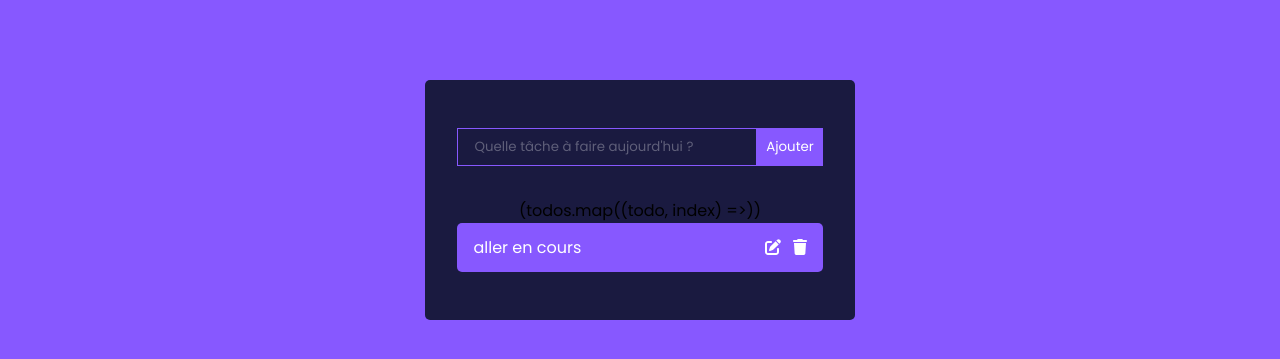
Repository: Loetitia27006/todo_list
Page: /
These files come from the project's save history. The page is drawn as it stood at one moment and after the next save; the edit follows.
The browser window is 1280 px wide. The pictures show the whole page.
The project was rebuilt for these pictures with package versions that can differ from the ones it lists, and the page was loaded fresh each time.

Above is the page before, as saved 2023-08-17 18:34:02.

### public/index.html
<!DOCTYPE html>
<html lang="en">
  <head>
    <meta charset="utf-8" />
    <link rel="icon" href="%PUBLIC_URL%/logo-black.svg" />
    <meta name="viewport" content="width=device-width, initial-scale=1" />
    <meta name="theme-color" content="#000000" />
    <meta
      name="description"
      content="Web site created using create-react-app"
    />
    <link rel="apple-touch-icon" href="%PUBLIC_URL%/logo-black.svg" />
    <!--
      manifest.json provides metadata used when your web app is installed on a
      user's mobile device or desktop. See https://developers.google.com/web/fundamentals/web-app-manifest/
    -->
    <link rel="manifest" href="%PUBLIC_URL%/manifest.json" />
    <!--
      Notice the use of %PUBLIC_URL% in the tags above.
      It will be replaced with the URL of the `public` folder during the build.
      Only files inside the `public` folder can be referenced from the HTML.

      Unlike "/favicon.ico" or "favicon.ico", "%PUBLIC_URL%/favicon.ico" will
      work correctly both with client-side routing and a non-root public URL.
      Learn how to configure a non-root public URL by running `npm run build`.
    -->
    <title>Todo List</title>
  </head>
  <body>
    <noscript>You need to enable JavaScript to run this app.</noscript>
    <div id="root"></div>
    <!--
      This HTML file is a template.
      If you open it directly in the browser, you will see an empty page.

      You can add webfonts, meta tags, or analytics to this file.
      The build step will place the bundled scripts into the <body> tag.

      To begin the development, run `npm start` or `yarn start`.
      To create a production bundle, use `npm run build` or `yarn build`.
    -->
  </body>
</html>

### src/App.css
@import url('https://fonts.googleapis.com/css2?family=Poppins&display=swap');

* {
  font-family: 'Poppins', sans-serif;
  margin: 0;
  padding: 0;
  box-sizing: border-box;
}

body {
  background: #8758ff;
  display: flex;
  justify-content: center;
  align-items: center;
}

.App {
  text-align: center;
}

h1 {
  color: #fff;
  margin-bottom: 0.5rem;
  font-size: 1.75rem;
}

.TodoWrapper {
  background: #1A1A40;
  margin-top: 5rem;
  padding: 2rem;
  border-radius: 5px;
}

.TodoForm {
  width: 100%;
}

.todo-input {
  outline: none;
  background: none;
  border: 1px solid #8758ff;
  padding: 0.5rem 1rem;
  margin-top: 1rem;
  margin-bottom: 2rem;
  width: 300px;
  color: #fff;
}

.todo-input::placeholder {
  color: #ffffff4d;
}

.todo-btn {
  background: #8758ff;
  color: #fff;
  border: none;
  padding: 0.55rem;
  cursor: pointer;

}

.Todo {
  display: flex;
  justify-content: space-between;
  align-items: center;
  background: #8758ff;
  color: #fff;
  padding: 0.75rem 1rem;
  border-radius: 5px;
  margin-bottom: 1rem;
  cursor: pointer;
}

.fa-trash {
  margin-left: 0.75rem;
}

.completed {
  color: #c5aeff;
  text-decoration: line-through;
}

### src/components/TodoWrapper.js
import React, {useState} from 'react'
import { TodoForm } from './TodoForm'
import { v4 as uuidv4 } from 'uuid'
import { Todo } from './Todo'
uuidv4()

export const TodoWrapper = () => {

    const [todos, setTodos] = useState([])

    const addTodo = todo =>{
        setTodos([...todos, {id: uuidv4(), task: todo,
        completed: false, isEditing: false}])
        console.log(todos)
    }

  return (
    <div className='TodoWrapper'>
        <TodoForm addTodo={addTodo}/>
        (todos.map((todo, index) =>))
        <Todo />
    </div>
  )
}

### src/components/TodoForm.js
import React, {useState} from 'react'

export const TodoForm = ({addTodo}) => {

    const [value, setValue] = useState("")
    const handleSubmit = e => {
        e.preventDefault()
        addTodo(value)
        setValue("")
    }

  return (
    <form className='Todoform' onSubmit={handleSubmit}>
        <input type="text" className='todo-input' value={value} placeholder="Quelle tâche à faire aujourd'hui ?"
        onChange={(e)=>setValue(e.target.value)}/>
        <button type='submit' className='todo-btn'>Ajouter</button>
    </form>
  )
}

### src/components/Todo.js
import React from 'react'
import { FontAwesomeIcon } from "@fortawesome/react-fontawesome";
import { faPenToSquare } from "@fortawesome/free-solid-svg-icons";
import { faTrash } from "@fortawesome/free-solid-svg-icons";

export const Todo = () => {
  return (
    <div className='Todo'>
      <p>aller en cours</p>
      <div>
        <FontAwesomeIcon icon={faPenToSquare} />
        <FontAwesomeIcon icon={faTrash} />
      </div>
    </div>
  )
}

Loaded but not shown: src/index.js (common file); src/App.js (common file); src/reportWebVitals.js (common file)

After the next save:
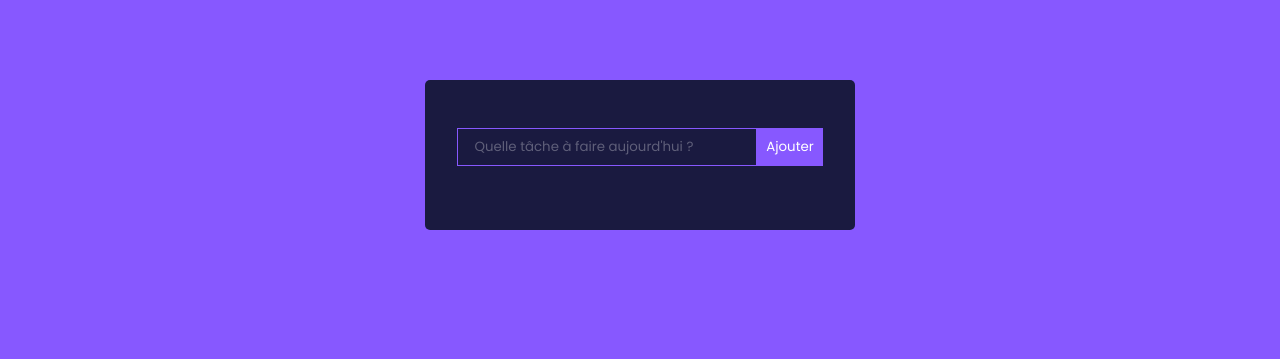
Saved 21 h 22 min later.
--- a/src/components/TodoWrapper.js
+++ b/src/components/TodoWrapper.js
@@ -15,10 +15,11 @@ export const TodoWrapper = () => {
     }
 
   return (
-    <div className='TodoWrapper'>
-        <TodoForm addTodo={addTodo}/>
-        (todos.map((todo, index) =>))
-        <Todo />
+    <div className="TodoWrapper">
+      <TodoForm addTodo={addTodo} />
+      {todos.map((todo, index) => (
+        <Todo task={todo}/>
+      ))}
     </div>
-  )
+  );
 }
